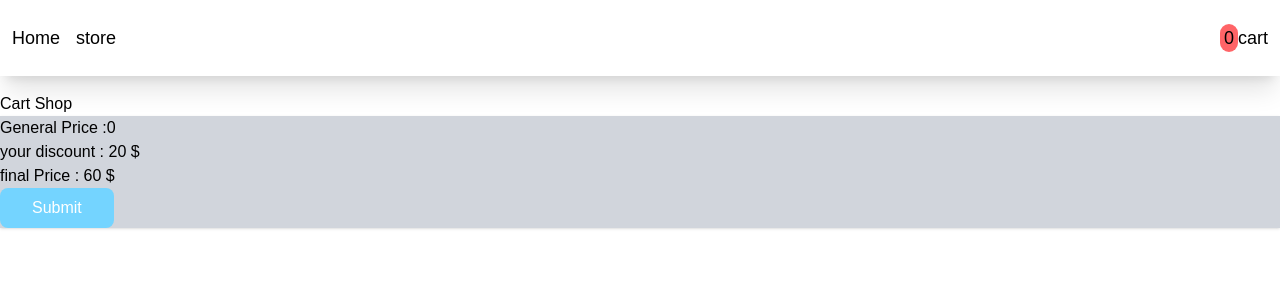
Repository: Rohullah-Noori/Nextjs-online-shop
Page: /cart
These files come from the project's save history. The page is drawn as it stood at one moment and after the next save; the edit follows.
The browser window is 1280 px wide. The pictures show the whole page.
The project was rebuilt for these pictures with package versions that can differ from the ones it lists, and the page was loaded fresh each time. The framework's server and built-in components were replaced by stand-ins that run in the browser. Requests to the local data server were answered from the project's data file. Also part of the build but not shown: next.config.ts, src/app/components/AddToCart.tsx, src/app/components/CartItem.tsx.

Above is the page before, as saved 2025-05-13 16:23:15.

After the next save:
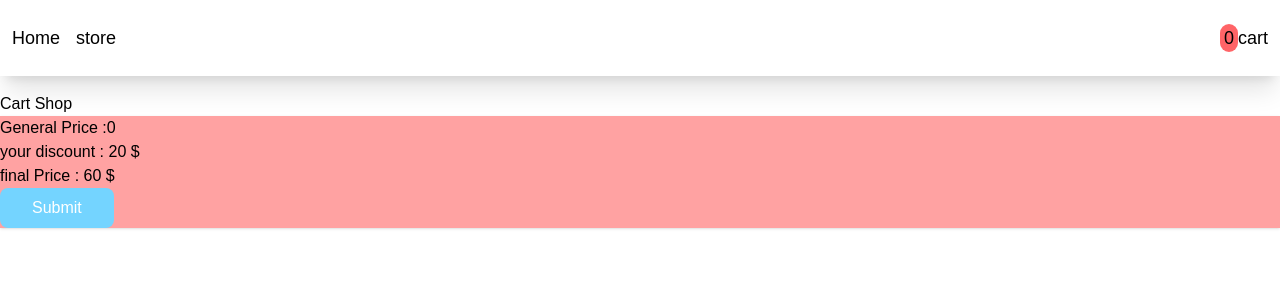
Saved 30 s later.
--- a/src/app/cart/page.tsx
+++ b/src/app/cart/page.tsx
@@ -29,7 +29,7 @@ export default function Cart() {
         <CartItem key={item.id} {...item} />
       ))}
 
-      <div className="shadow bg-gray-300  gap-y-2  ">
+      <div className="shadow bg-red-300  gap-y-2  ">
         <p>
           General Price :
           <span>
